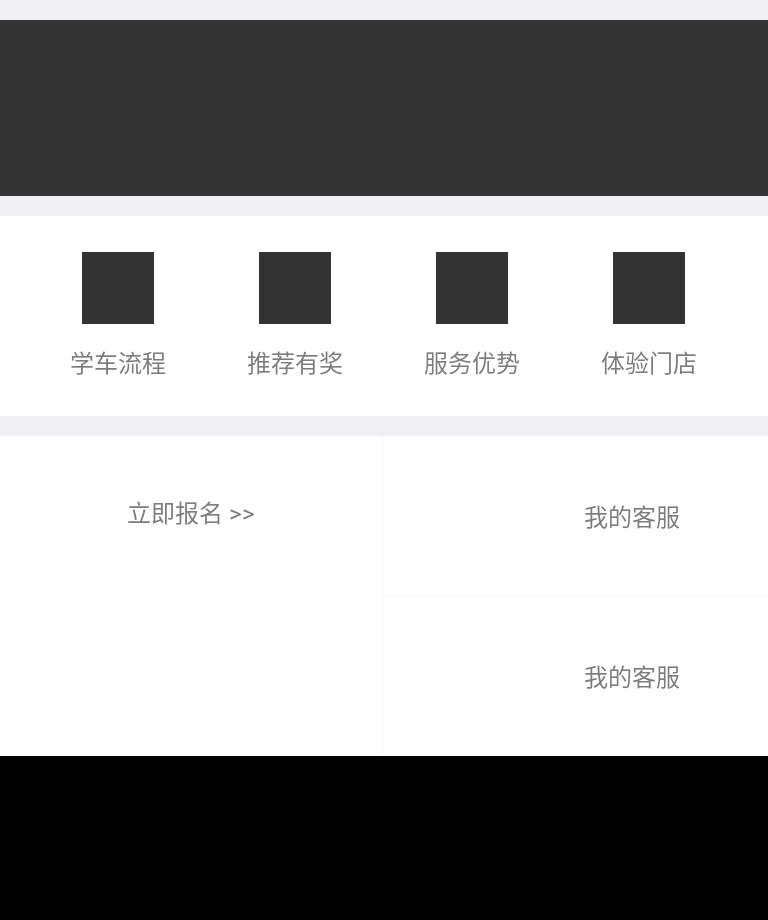
Repository: BugBang/paipaixueche
Layout: DGJP/res/layout/act_home_pager.xml
An editor plug-in stored every save of this project. The layout is shown before and after the next save, followed by the edit.
The pictures show rows 360 to 1280 of an output 1280 px tall.
It is drawn on a 768 x 1280 px phone screen (xhdpi) without system bars, with theme android:Theme; the app's code is not run.

Above is the layout before, as saved 2016-11-11 08:56:22.

### DGJP/res/layout/act_home_pager.xml
<?xml version="1.0" encoding="utf-8"?>
<ScrollView
     android:layout_width="match_parent"
   xmlns:android="http://schemas.android.com/apk/res/android"
    xmlns:app="http://schemas.android.com/apk/res-auto"
    android:layout_height="match_parent"
    >
<LinearLayout

    android:layout_width="match_parent"
    android:background="@color/gray_bg"
    android:layout_height="match_parent"
    android:orientation="vertical" >
    <RelativeLayout
        android:layout_width="match_parent"
	    android:layout_height="180dp">
       <!-- -->  <com.session.dgjp.view.CarouselView
	        android:id="@+id/top_ad_view"
	        android:layout_width="match_parent"
		    android:layout_height="180dp"
        />
        <RelativeLayout
            android:background="@android:color/transparent"
            android:orientation="horizontal"
            android:layout_width="match_parent"
            android:layout_height="@dimen/view_48"
            >
            <TextView
                android:id="@+id/tv_local"
                android:textColor="@color/white"
                android:layout_centerVertical="true"
                android:layout_marginLeft="@dimen/view_20"
                android:layout_width="wrap_content"
                android:layout_height="wrap_content"
                android:textSize="@dimen/text_medium_xx"
                android:text="@string/home_tv_local"
                />
            <TextView
                android:textColor="@color/white"
                android:layout_centerInParent="true"
                android:layout_width="wrap_content"
                android:layout_height="wrap_content"
                android:textSize="@dimen/text_title"
                android:text="@string/home_tv_title"
                />
            <TextView
                android:id="@+id/tv_call"
                android:textColor="@color/white"
                android:layout_centerVertical="true"
                android:layout_alignParentRight="true"
                android:layout_marginRight="@dimen/view_20"
                android:layout_width="wrap_content"
                android:layout_height="wrap_content"
                android:textSize="@dimen/text_medium_xx"
                android:text="@string/home_tv_call"
                />
        </RelativeLayout>
    </RelativeLayout>

    <ImageView
        android:layout_marginTop="@dimen/view_10"
        android:layout_width="match_parent"
        android:layout_height="@dimen/view_88"
        android:background="@color/black_333333"
        />

    <LinearLayout
        android:paddingLeft="@dimen/view_15"
        android:paddingRight="@dimen/view_15"
        android:orientation="horizontal"
        android:background="@color/white"
        android:layout_marginTop="@dimen/view_10"
        android:layout_width="match_parent"
        android:layout_height="@dimen/view_100"
        >
        <LinearLayout
            android:orientation="vertical"
            android:layout_width="0dp"
            android:layout_weight="1"
            android:gravity="center"
            android:layout_height="match_parent"
            >
            <ImageView
                android:layout_width="@dimen/view_36"
                android:layout_height="@dimen/view_36"
                android:background="@color/black_333333"
                />
            <TextView
                android:layout_marginTop="10dp"
                android:gravity="center"
                android:layout_width="match_parent"
                android:layout_height="wrap_content"
                android:text="学车流程"
                android:textSize="@dimen/text_medium_x"
                android:textColor="@color/text_gray_dark2"
                />

        </LinearLayout>
        <LinearLayout
            android:orientation="vertical"
            android:layout_width="0dp"
            android:layout_weight="1"
            android:gravity="center"
            android:layout_height="match_parent"
            >
            <ImageView
                android:layout_width="@dimen/view_36"
                android:layout_height="@dimen/view_36"
                android:background="@color/black_333333"
                />
            <TextView
                android:layout_marginTop="10dp"
                android:gravity="center"
                android:layout_width="match_parent"
                android:layout_height="wrap_content"
                android:text="推荐有奖"
                android:textSize="@dimen/text_medium_x"
                android:textColor="@color/text_gray_dark2"
                />
        </LinearLayout>
        <LinearLayout
            android:orientation="vertical"
            android:layout_width="0dp"
            android:layout_weight="1"
            android:gravity="center"
            android:layout_height="match_parent"
            >
            <ImageView
                android:layout_width="@dimen/view_36"
                android:layout_height="@dimen/view_36"
                android:background="@color/black_333333"
                />
            <TextView
                android:layout_marginTop="10dp"
                android:gravity="center"
                android:layout_width="match_parent"
                android:layout_height="wrap_content"
                android:text="服务优势"
                android:textSize="@dimen/text_medium_x"
                android:textColor="@color/text_gray_dark2"
                />

        </LinearLayout>
        <LinearLayout
            android:orientation="vertical"
            android:layout_width="0dp"
            android:gravity="center"
            android:layout_weight="1"
            android:layout_height="match_parent"
            >
            <ImageView
                android:layout_width="@dimen/view_36"
                android:layout_height="@dimen/view_36"
                android:background="@color/black_333333"
                />
            <TextView
                android:layout_marginTop="10dp"
                android:gravity="center"
                android:layout_width="match_parent"
                android:layout_height="wrap_content"
                android:text="体验门店"
                android:textSize="@dimen/text_medium_x"
                android:textColor="@color/text_gray_dark2"
                />
        </LinearLayout>


    </LinearLayout>

    <LinearLayout
        android:layout_marginTop="10dp"
        android:layout_width="match_parent"
        android:layout_height="160dp"
        android:orientation="horizontal"
        android:background="@color/white"
        >
        <LinearLayout
            android:gravity="center"
            android:layout_width="0dp"
            android:orientation="vertical"
            android:layout_weight="1"
            android:layout_height="match_parent"
            >
            <TextView
                android:layout_width="wrap_content"
                android:layout_height="wrap_content"
                android:text="立即报名 >>"
                android:textSize="@dimen/text_medium_x"
                android:textColor="@color/text_gray_dark2"
                />
            <ImageView
                android:layout_marginTop="10dp"
                android:layout_width="@dimen/view_74"
                android:layout_height="@dimen/view_74"
                />
        </LinearLayout>
        <View
            android:layout_height="match_parent"
            android:layout_width="0.5dp"
            android:background="@color/gray_F8F8F8"
            />

         <LinearLayout
             android:gravity="center"
            android:layout_width="0dp"
            android:orientation="vertical"
            android:layout_weight="1"
            android:layout_height="match_parent"
            >
            <LinearLayout
                android:orientation="horizontal"
                android:layout_width="match_parent"
                android:layout_height="0dp"
                android:layout_weight="1"
                android:gravity="center"
                >
                <ImageView
                    android:layout_width="@dimen/view_36"
                	android:layout_height="@dimen/view_40"
                    />
                <TextView
                    android:layout_marginLeft="20dp"
	                android:layout_width="wrap_content"
	                android:layout_height="wrap_content"
	                android:text="我的客服"
	                android:textSize="@dimen/text_medium_x"
	                android:textColor="@color/text_gray_dark2"
                />

            </LinearLayout>
            <View
	            android:layout_height="0.5dp"
	            android:layout_width="match_parent"
	            android:background="@color/gray_F8F8F8"
            />
            <LinearLayout
                android:orientation="horizontal"
                android:layout_width="match_parent"
                android:layout_height="0dp"
                android:layout_weight="1"
                android:gravity="center"
                >

                 <ImageView
                    android:layout_width="@dimen/view_36"
                	android:layout_height="@dimen/view_40"
                    />
                <TextView
                    android:layout_marginLeft="20dp"
	                android:layout_width="wrap_content"
	                android:layout_height="wrap_content"
	                android:text="我的客服"
	                android:textSize="@dimen/text_medium_x"
	                android:textColor="@color/text_gray_dark2"
                />


            </LinearLayout>

        </LinearLayout>

    </LinearLayout>

</LinearLayout>
</ScrollView>

### DGJP/res/values/colors.xml
<?xml version="1.0" encoding="utf-8"?>
<resources>

    <color name="common_background">#EBEBEB</color>
    <color name="common_background_transparent">#AAEBEBEB</color>
    <color name="dialog_background">#EEEEEE</color>
    <color name="text_title">#555555</color>
    <color name="divider">#D2D2D2</color>
    <color name="blue">#1990DE</color>
    <color name="blue_00BFF3">#00BFF3</color>
    <color name="red">#FF3000</color>
    <color name="red_FF0808">#FF0808</color>
    <color name="red_pressed">#DD2222</color>
    <color name="pure_red">#FF0000</color>
    <color name="gray">#B8B8B8</color>
    <color name="blue_press">#0F7CC4</color>
    <color name="stroke_blue">#1990DE</color>
    <color name="white">#FFFFFF</color>
    <color name="bg_message_time">#F4F4F4</color>
    <color name="green_00A00B">#00A00B</color>
    <color name="gray_666666">#666666</color>
    <color name="gray_999999">#999999</color>
    <color name="gray_A8A8A8">#A8A8A8</color>
    <color name="gray_ADADAD">#ADADAD</color>
    <color name="gray_9B9B9B">#9B9B9B</color>
    <color name="gray_EFEFEF">#EFEFEF</color>
    <color name="gray_F3F3F3">#F3F3F3</color>
    <color name="gray_A3A3A3">#A3A3A3</color>
    <color name="orange_FF7200">#FF7200</color>
    <color name="orange_E56701">#E56701</color>
    <color name="gray_D7D7D7">#D7D7D7</color>
    <color name="gray_D2D2D2">#D2D2D2</color>
    <color name="gray_EDEDED">#EDEDED</color>
    <color name="yellow_FEB53F">#FEB53F</color>
    <color name="blue_68DAFC">#68DAFC</color>
    <color name="black_333333">#333333</color>
    <color name="gray_888888">#888888</color>
    <color name="gray_F4F4F4">#F4F4F4</color>
    <color name="gray_F2F2F2">#F2F2F2</color>
    <color name="gray_EEEEEE">#EEEEEE</color>
    <color name="gray_989898">#989898</color>
    <color name="gray_CCCCCC">#CCCCCC</color>
    <color name="gray_FAFAFA">#FAFAFA</color>
    <color name="gray_F8F8F8">#F8F8F8</color>
    <color name="gray_bg">#efeff4</color>

    <!-- 字体颜色 -->
    <color name="text_blue">@color/blue</color>
    <color name="text_blue_press">@color/blue_press</color>
    <color name="text_gray">#919191</color>
    <color name="text_white">@color/white</color>
    <color name="text_orange">#FF7200</color>
    <color name="text_hint">#B8B8B8</color>
    <color name="text_msg">#707070</color>
    <color name="text_black">#333333</color>
    <color name="text_gray_dark">#888888</color>
    <color name="text_gray_dark2">#7d7d7d</color>
    <color name="text_about_version">#9E9E9E</color>
    <color name="text_about_declare">#AAAAAA</color>
    <color name="text_id_blue">#0E6CEC</color>
    <color name="radio_text_normal">#606060</color>
    <color name="red_FC7D0D">#FC7D0D</color>

    <!-- 扫描二维码 -->
    <color name="result_view">#b0000000</color>
    <color name="viewfinder_mask">#60000000</color>
    <color name="possible_result_points">#00000000</color>

</resources>

### DGJP/res/values/dimens.xml
<?xml version="1.0" encoding="utf-8"?>
<resources>
    <!-- 界面 -->
    <dimen name="title_height">49dp</dimen>
    <dimen name="divider">1px</dimen>
    <dimen name="divider_minus">-1px</dimen>
    <dimen name="stroke">@dimen/view_1</dimen>
    <dimen name="btn_corner">3dp</dimen>
    <dimen name="dialog_corner">5dp</dimen>
    <dimen name="stroke_null">-1dp</dimen>
    <dimen name="msg_ring">18dp</dimen>
    <dimen name="about_logo">56dp</dimen>

    <!-- 常量 -->
    <dimen name="view_minus_1">-1dp</dimen>
    <dimen name="view_0">0dp</dimen>
    <dimen name="view_1">1dp</dimen>
    <dimen name="view_2">2dp</dimen>
    <dimen name="view_2_5">2.5dp</dimen>
    <dimen name="view_3">3dp</dimen>
    <dimen name="view_3_5">3.5dp</dimen>
    <dimen name="view_4">4dp</dimen>
    <dimen name="view_5">5dp</dimen>
    <dimen name="view_6">6dp</dimen>
    <dimen name="view_6_5">6.5dp</dimen>
    <dimen name="view_7">7dp</dimen>
    <dimen name="view_7_5">7.5dp</dimen>
    <dimen name="view_8">8dp</dimen>
    <dimen name="view_9">9dp</dimen>
    <dimen name="view_10">10dp</dimen>
    <dimen name="view_11">11dp</dimen>
    <dimen name="view_12">12dp</dimen>
    <dimen name="view_13">13dp</dimen>
    <dimen name="view_14">14dp</dimen>
    <dimen name="view_15">15dp</dimen>
    <dimen name="view_16">16dp</dimen>
    <dimen name="view_17">17dp</dimen>
    <dimen name="view_18">18dp</dimen>
    <dimen name="view_19">19dp</dimen>
    <dimen name="view_20">20dp</dimen>
    <dimen name="view_21">21dp</dimen>
    <dimen name="view_22">22dp</dimen>
    <dimen name="view_23">23dp</dimen>
    <dimen name="view_25">25dp</dimen>
    <dimen name="view_24">24dp</dimen>
    <dimen name="view_26">26dp</dimen>
    <dimen name="view_27">27dp</dimen>
    <dimen name="view_29">29dp</dimen>
    <dimen name="view_30">30dp</dimen>
    <dimen name="view_31">31dp</dimen>
    <dimen name="view_32">32dp</dimen>
    <dimen name="view_33">33dp</dimen>
    <dimen name="view_34">34dp</dimen>
    <dimen name="view_35">35dp</dimen>
    <dimen name="view_36">36dp</dimen>
    <dimen name="view_39">39dp</dimen>
    <dimen name="view_40">40dp</dimen>
    <dimen name="view_42">42dp</dimen>
    <dimen name="view_44">44dp</dimen>
    <dimen name="view_48">48dp</dimen>
    <dimen name="view_49">49dp</dimen>
    <dimen name="view_50">50dp</dimen>
    <dimen name="view_60">60dp</dimen>
    <dimen name="view_65">65dp</dimen>
    <dimen name="view_68">68dp</dimen>
    <dimen name="view_74">74dp</dimen>
    <dimen name="view_80">80dp</dimen>
    <dimen name="view_88">88dp</dimen>
    <dimen name="view_100">100dp</dimen>
    <dimen name="view_136">136dp</dimen>
    <dimen name="view_150">150dp</dimen>
    <dimen name="view_170">170dp</dimen>
    <dimen name="view_180">180dp</dimen>
    <dimen name="view_234">234dp</dimen>
    <dimen name="view_260">260dp</dimen>

    <!-- 引用常量的配置 -->
    <dimen name="login_logo_padding">@dimen/view_30</dimen>
    <dimen name="et_right">@dimen/view_0</dimen>
    <dimen name="et_corner">@dimen/view_1</dimen>
    <dimen name="pager_paddding">8.5dp</dimen>
    <dimen name="et_login_height">@dimen/view_50</dimen>
    <dimen name="et_paddding">@dimen/view_15</dimen>
    <dimen name="et_drawable_paddding">@dimen/view_5</dimen>
    <dimen name="btn_small">@dimen/view_30</dimen>
    <dimen name="btn_medium">36.5dp</dimen>
    <dimen name="login_et_margin_top">@dimen/view_30</dimen>
    <dimen name="about_menu_height">@dimen/view_50</dimen>
    <dimen name="about_person_info_height">@dimen/view_30</dimen>

    <!-- 字体 -->
    <!-- <dimen name="text_small">13sp</dimen>
    <dimen name="text_small_x">14sp</dimen> -->
    <dimen name="text_small">9sp</dimen>
    <dimen name="text_9_5">9.5sp</dimen>
    <dimen name="text_small_x">10sp</dimen>
    <dimen name="text_medium">11sp</dimen>
    <dimen name="text_medium_x">12sp</dimen>
    <dimen name="text_12_5">12.5sp</dimen>
    <dimen name="text_medium_xx">13sp</dimen>
    <dimen name="text_medium_xxx">14sp</dimen>
    <dimen name="text_large">15sp</dimen>
    <dimen name="text_title">16sp</dimen>
    <dimen name="text_btn">18sp</dimen>
    <dimen name="password_text">15sp</dimen>
</resources>

### DGJP/res/values/strings.xml
<?xml version="1.0" encoding="utf-8"?>
<resources>

    <!-- 通用 -->
    <string name="colon">：</string>
    <string name="confirm">确定</string>
    <string name="cancel">取消</string>
    <string name="default_error_msg">应用异常，请稍后重试</string>
    <string name="query_datas_fail">查询数据失败，请稍后重试</string>
    <string name="no_data">无记录</string>
    <string name="unknown">未知</string>
    <string name="querying">正在查询</string>
    <string name="submitting_request">正在提交请求</string>
    <string name="submit_fail">请求失败</string>
    <string name="operation_success">操作成功</string>
    <string name="back">返回</string>
    <string name="hint">提示</string>

    <!-- 密码 -->
    <string name="set_password_hint">请设置您的支付密码以便后续操作</string>
    <string name="set_password">设置支付密码</string>
    <string name="modify_password">修改支付密码</string>
    <string name="old_password">原密码</string>
    <string name="new_password">新密码</string>
    <string name="new_password_again">确认新密码</string>
    <string name="hint_old">请输入原密码</string>
    <string name="hint_new">请输入6位数字的新密码</string>
    <string name="hint_new_again">请再次输入新密码</string>
    <string name="id_card">身份证号码</string>
    <string name="id_card_hint">请输入身份证号码</string>
    <string name="verify_code">验证码</string>
    <string name="save">保存</string>

    <!-- 预约时间选择 -->
    <string name="select_date">选择日期</string>
    <string name="select_period">选择时段</string>
    <string name="app_name">拍拍学车</string>
    <string name="version_name">1.0.7</string>

    <!-- 扫描二维码 -->
    <string name="scan">扫描二维码</string>
    <string name="scan_text">将二维码放入框内，即可自动扫描</string>
    <string name="scan_result_abnormal">扫描结果异常</string>

    <!-- 登录 -->
    <string name="hint_input_phone">请输入手机号码</string>
    <string name="hint_input_captcha">请输入验证码</string>
    <string name="get_captcha">获取验证码</string>
    <string name="login">登录</string>
    <string name="register">注册</string>
    <string name="toast_input_phone">请输入手机号码</string>
    <string name="toast_input_right_phone">请输入正确的手机号码</string>
    <string name="toast_get_captcha">请先获取验证码</string>
    <string name="toast_input_captcha">请输入验证码</string>
    <string name="toast_input_right_captcha">请输入正确的验证码</string>

    <!-- 注册 -->
    <string name="name">请输入姓名</string>
    <string name="id_num">请输入身份证号码</string>
    <string name="region">请选择所在地区</string>
    <string name="branch_sch">请选择报名分校</string>

    <!-- 个人中心 -->
    <string name="logout">退出登录</string>
    <string name="about">关于</string>
    <string name="personal_center">个人中心</string>
    <string name="modify_pay_pwd">修改支付密码</string>
    <string name="reset_pay_pwd">重置支付密码</string>
    <string name="my_wallet">我的钱包</string>
    <string name="my_coupon">我的优惠券</string>
    <string name="personal_info">个人资料</string>
    <string name="version_update">版本更新</string>
    <string name="declare">声明：</string>
    <string name="id">身份证号码：</string>
    <string name="address">住址：</string>
    <string name="school_registration">报名分校：</string>
    <string name="time_registration">报名时间：</string>
    <string name="contact_phone">联系电话：</string>
    <string name="balance">当前余额：</string>
    <string name="balance2">余额：</string>
    <string name="yuan">元</string>
    <string name="rmb">￥</string>
    <string name="unusable_coupon">查看不可用券</string>

    <!-- 主页 -->
    <!-- 预约教练 -->
    <string name="order_times">预约次数</string>
    <string name="order">单</string>
    <string name="book">预约</string>
    <string name="search_by_trainer_name">按教练姓名查询</string>
    <string name="search_school_yard">搜索培训分校场地</string>
    <string name="service_phone">服务电话</string>
    <string name="phone">电话</string>
    <string name="_address">地址</string>
    <string name="vicinity">附近</string>
    <string name="school_no_trainer">该分校没有可预约教练</string>
    <string name="your_apply_school">您的报名分校</string>
    <string name="your_last_school">您上一次培训场地</string>
    <string name="my_location">我的位置</string>

    <!-- 地图 -->
    <string name="school_no_location">该分校没有提供位置信息</string>

    <!-- 我的预约 -->
    <string name="my_order">我的预约</string>
    <string name="training_record">培训记录</string>
    <string name="waiting_confirm">待确认</string>
    <string name="confirmed">已确认</string>
    <string name="in_training">培训中</string>
    <string name="cancel_order">取消订单</string>
    <string name="start_sign_in">开始签到</string>
    <string name="end_sign_in">结束签到</string>
    <string name="training_course">培训课程</string>
    <string name="order_time">预约时间</string>
    <string name="order_trainer">预约教练</string>
    <string name="order_status">订单状态</string>
    <string name="course">课程</string>
    <string name="time">时间</string>
    <string name="trainer">教练</string>
    <string name="status">状态</string>
    <string name="confirm_order">确认订单</string>
    <string name="pay">支付</string>
    <string name="operate_fail_update_app">操作失败，请更新应用</string>

    <!-- 历史订单 -->
    <string name="history_order">历史订单</string>
    <string name="finished">完成</string>
    <string name="evaled">查看评价</string>
    <string name="_eval">评价</string>
    <string name="training_car">培训车辆</string>

    <!-- 预约学车 -->
    <string name="period">学时</string>
    <string name="training_period">培训学时</string>
    <string name="training_address">培训地址</string>
    <string name="submit_order">提交订单</string>
    <string name="booking_driving_training">预约学车</string>
    <string name="car">车辆</string>
    <string name="select_car">选择车辆</string>
    <string name="get_cars_fail">获取车辆信息失败</string>
    <string name="fee">费用</string>
    <string name="training_fee">培训费用</string>
    <string name="actual_payment">实际支付</string>
    <string name="please_select_car">请选择车辆</string>
    <string name="please_select_period">请选择时段</string>
    <string name="period_must_be_consecutive">必须选择连续的预约时段</string>
    <string name="trainer_no_order">该教练暂无可预约时段</string>
    <string name="course_no_order">该科目未来7天内没有培训计划</string>
    <string name="_trainer_name">教练姓名</string>
    <string name="belong_school">所属分校</string>
    <string name="branch_school">分校</string>
    <string name="order_detail">订单详情</string>
    <string name="canceling_order">正在取消订单</string>
    <string name="cancel_fail">取消失败</string>

    <!-- 支付 -->
    <string name="order_payment">订单支付</string>
    <string name="pay_password">支付密码</string>
    <string name="please_input_pay_password">请输入支付密码。</string>
    <string name="payment_verification">支付验证</string>
    <string name="unselect_coupon">不使用优惠券</string>
    <string name="settlement_amount">结算金额</string>
    <string name="original_price">原价</string>
    <string name="_original_price">原&#8195;价</string>
    <string name="preferential_price">活动价</string>
    <string name="preferential_amount">已优惠</string>
    <string name="pay_type">支付方式</string>
    <string name="we_chat">微信</string>
    <string name="alipay">支付宝</string>
    <string name="query_pay_type_fail">查询支付方式失败</string>
    <string name="please_select_pay_type">请选择支付方式</string>
    <string name="paying">正在支付</string>
    <string name="pay_fail">支付失败</string>
    <string name="confirm_payment">确认支付</string>
    <string name="pay_fee">支付费用</string>
    <string name="remaining_time">剩余时间</string>
    <string name="please_select_yue">结算金额为0.00元，请使用余额支付。</string>
    <string name="balance_insufficient">余额不足</string>

    <!-- 我的消息 -->
    <string name="my_message">我的消息</string>
    <string name="get_message_fail">获取消息失败</string>
    <string name="delete_message_fail">删除消息失败</string>
    <string name="delete_record_or_not">是否删除该记录？</string>

    <string-array name="message_operations">
        <item>删除</item>
    </string-array>

    <!-- 培训点评 -->
    <string name="training_evaluation">培训点评</string>
    <string name="evaluation_detail">评价详情</string>
    <string name="training_complete">培训完成</string>
    <string name="anonymous_evaluation">匿名评价</string>
    <string name="duration">时长</string>
    <string name="submit_anonymous_evaluation">提交匿名评价</string>
    <string name="select_label">选择标签</string>
    <string name="suggestion_and_complaint_hint">其它建议和投诉（内容匿名，学员放心填写）</string>
    <string name="get_labels_fail">获取标签列表失败</string>
    <string name="submit_evaluation_or_not">是否提交评价？</string>

    <!-- 首页底部栏 -->
    <string name="bottom_home">首页</string>
    <string name="bottom_drive">练车</string>
    <string name="person_center">我</string>

     <!-- 首页顶部栏 -->
    <string name="home_tv_local">深圳</string>
    <string name="home_tv_title">拍拍学车</string>
    <string name="home_tv_call">客服</string>


</resources>

After the next save:
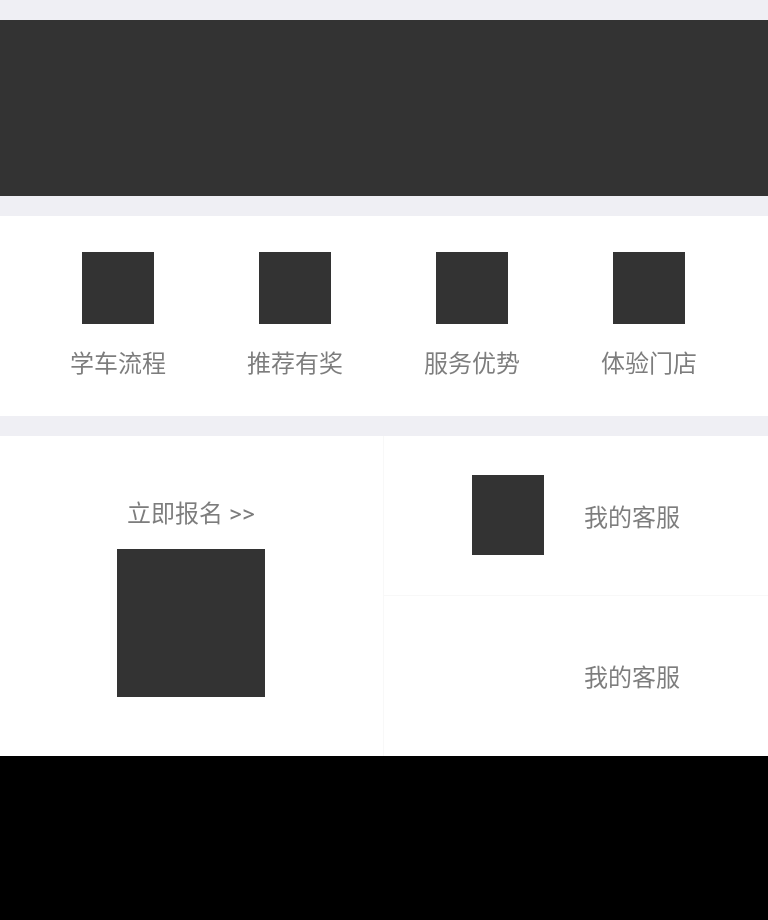
Saved 46 s later.
--- a/DGJP/res/layout/act_home_pager.xml
+++ b/DGJP/res/layout/act_home_pager.xml
@@ -192,6 +192,7 @@
                 android:layout_marginTop="10dp"
                 android:layout_width="@dimen/view_74"
                 android:layout_height="@dimen/view_74"
+                android:background="@color/black_333333"
                 />
         </LinearLayout>
         <View
@@ -217,6 +218,7 @@
                 <ImageView
                     android:layout_width="@dimen/view_36"
                 	android:layout_height="@dimen/view_40"
+                	android:background="@color/black_333333"
                     />
                 <TextView
                     android:layout_marginLeft="20dp"
